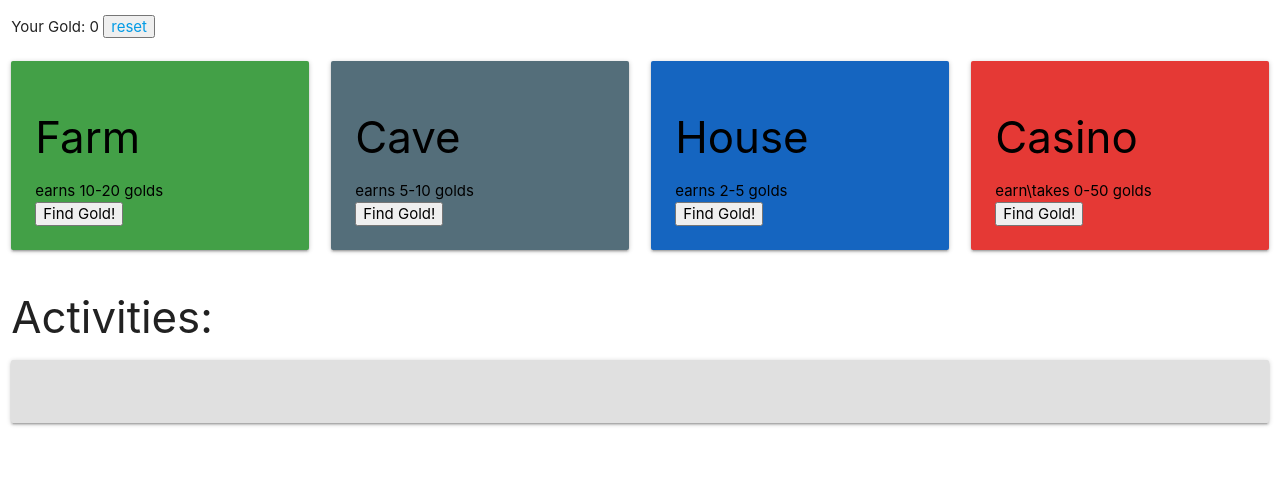
Repository: bvnger/Ninja_gold_flask
Page: http://localhost/
An editor plug-in stored every save of this project. The page is shown before and after the next save, followed by the edit.
The browser window is 1280 px wide. The pictures show the whole page.
The page is served by the project's application, run on Flask 3 (server.py).

Above is the page before, as saved 2019-11-04 14:31:44.

After the next save:
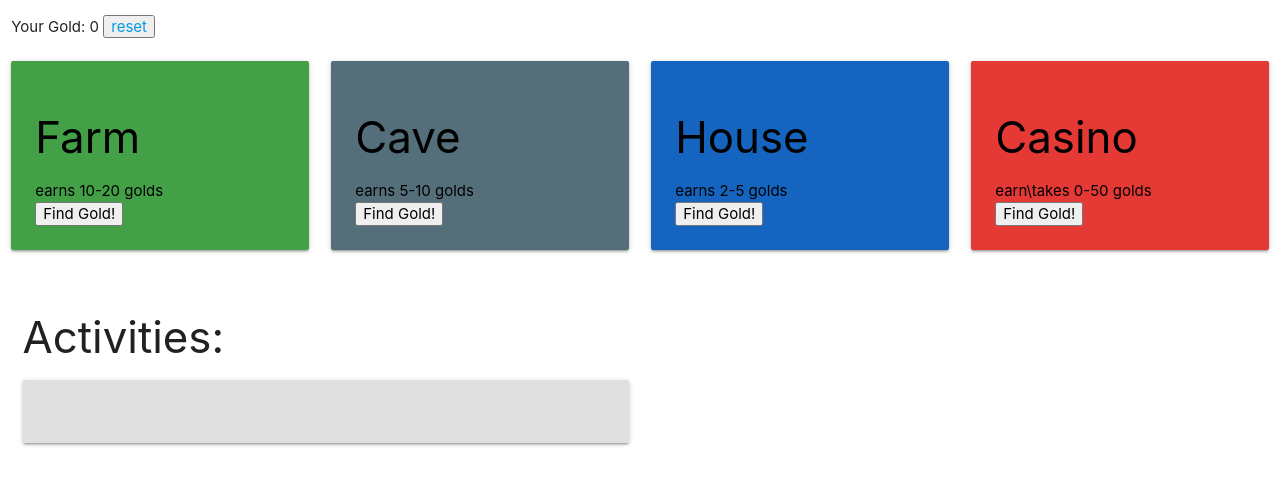
Saved 43 s later.
--- a/templates/index.html
+++ b/templates/index.html
@@ -66,6 +66,7 @@
 </div> <!--#end of building row-->
         </div>
         <div class ="bot">
+            <div class=" col m6"
             <table>
             <h3>Activities:</h3>
             <div class="card grey lighten-2">
